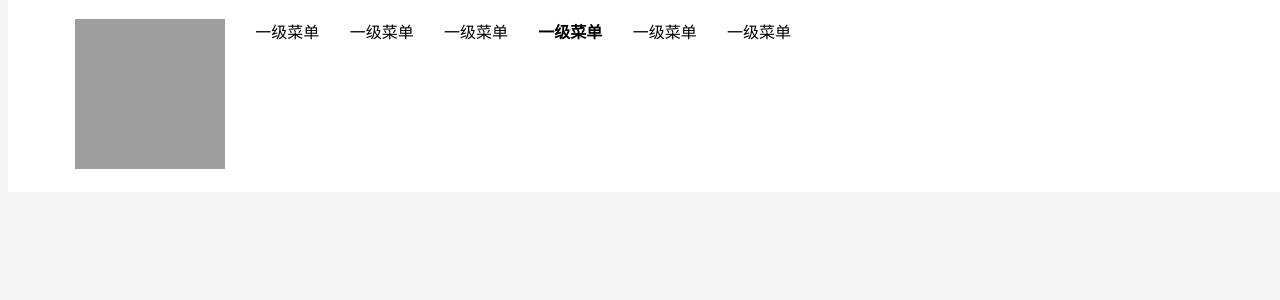
Repository: LJW3112/StudyHTML
Page: 个人作品展示网页/CODE/index.html
The author's editor kept a copy of each file at every save. The page is drawn from the files as they stood at one save, then again after a run of saves.
The browser window is 1280 px wide. The pictures show the whole page.
Pictures or frames that could not be fetched are drawn as grey boxes.

Above is the page before, as saved 2023-02-12 17:19:53.

### 个人作品展示网页/CODE/index.html
<!DOCTYPE html>
<html lang="en">

<head>
    <meta charset="UTF-8">
    <meta http-equiv="X-UA-Compatible" content="IE=edge">
    <meta name="viewport" content="width=device-width, initial-scale=1.0">
    <link rel="stylesheet" href="">

    <head>
        <style type="text/css">
            .top {
                /* 设置宽度高度背景颜色 */
                height: auto;
                /*高度改为自动高度*/
                width: 100%;
                margin-left: 0;
                background: rgb(255, 255, 255);
                position: fixed;
                /*固定在顶部*/
                top: 0;
                /*离顶部的距离为0*/
                margin-bottom: 5px;
            }

            .top ul {
                /* 清除ul标签的默认样式 */
                width: auto;
                /*宽度也改为自动*/
                list-style-type: none;
                white-space: nowrap;
                overflow: hidden;
                margin-left: 5%;
                /* margin-top: 0;          */
                padding: 0;

            }

            .top li {
                float: left;
                /* 使li内容横向浮动，即横向排列  */
                margin-right: 2%;
                /* 两个li之间的距离*/
                position: relative;
                overflow: hidden;
            }

            .top li a {
                /* 设置链接内容显示的格式*/
                display: block;
                /* 把链接显示为块元素可使整个链接区域可点击 */
                color: rgb(0, 0, 0);
                text-align: center;
                padding: 3px;
                overflow: hidden;
                text-decoration: none;
                /* 去除下划线 */

            }

            .top li a:hover {
                /* 鼠标选中时背景变为黑色 */
                background-color: rgb(240, 240, 240);
            }

            .top ul li ul {
                /* 设置二级菜单 */
                margin-left: -0.2px;
                background: rgb(189, 181, 181);
                position: relative;
                display: none;
                /* 默认隐藏二级菜单的内容 */

            }

            .top ul li ul li {
                /* 二级菜单li内容的显示 */

                float: none;
                text-align: center;
            }

            .top ul li:hover ul {
                /* 鼠标选中二级菜单内容时 */
                display: block;
            }

            body {
                background: whitesmoke !important;
            }

            img {
                top: 0;
                width:150px;
                height:150px;
            }
        </style>
        <title>星汉 三维产品动画</title>
    </head>

<body>

    <body>
        <div class="top">
            <center>
                <ul>
                    <li><a href="#"><img src="../images-video/星汉logo.png" alt="logo"></a></li>
                    <li><a href="#">一级菜单</a></li>
                    <li><a href="#">一级菜单</a></li>
                    <li><a href="#">一级菜单</a></li>
                    <li><a href="#"><b>一级菜单</b></a></li>
                    <li><a href="#">一级菜单</a></li>
                    <li>
                        <a href="#">一级菜单</a>
                        <ul>
                            <li><a href="#">二级菜单</a></li>
                            <li><a href="#">二级菜单</a></li>
                            <li><a href="#">二级菜单</a></li>
                            <li><a href="#">二级菜单</a></li>
                            <li><a href="#">二级菜单</a></li>
                        </ul>
                    </li>
                </ul>
            </center>
        </div>
    </body>
    </head>

</html>

</body>

</html>

After the next 9 saves:
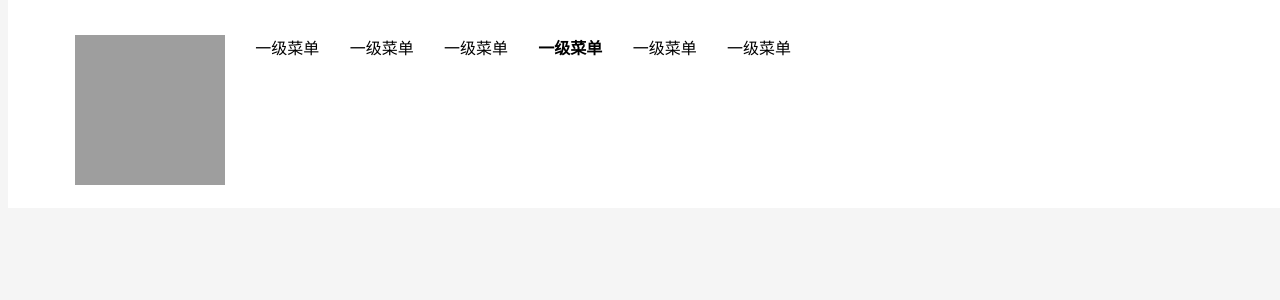
The 9 saves are shown as one change because they came seconds apart.
The last was saved 20 s later.
--- a/个人作品展示网页/CODE/index.html
+++ b/个人作品展示网页/CODE/index.html
@@ -104,6 +104,9 @@
         <div class="top">
             <center>
                 <ul>
+
+                </ul>
+                <ul>
                     <li><a href="#"><img src="../images-video/星汉logo.png" alt="logo"></a></li>
                     <li><a href="#">一级菜单</a></li>
                     <li><a href="#">一级菜单</a></li>
